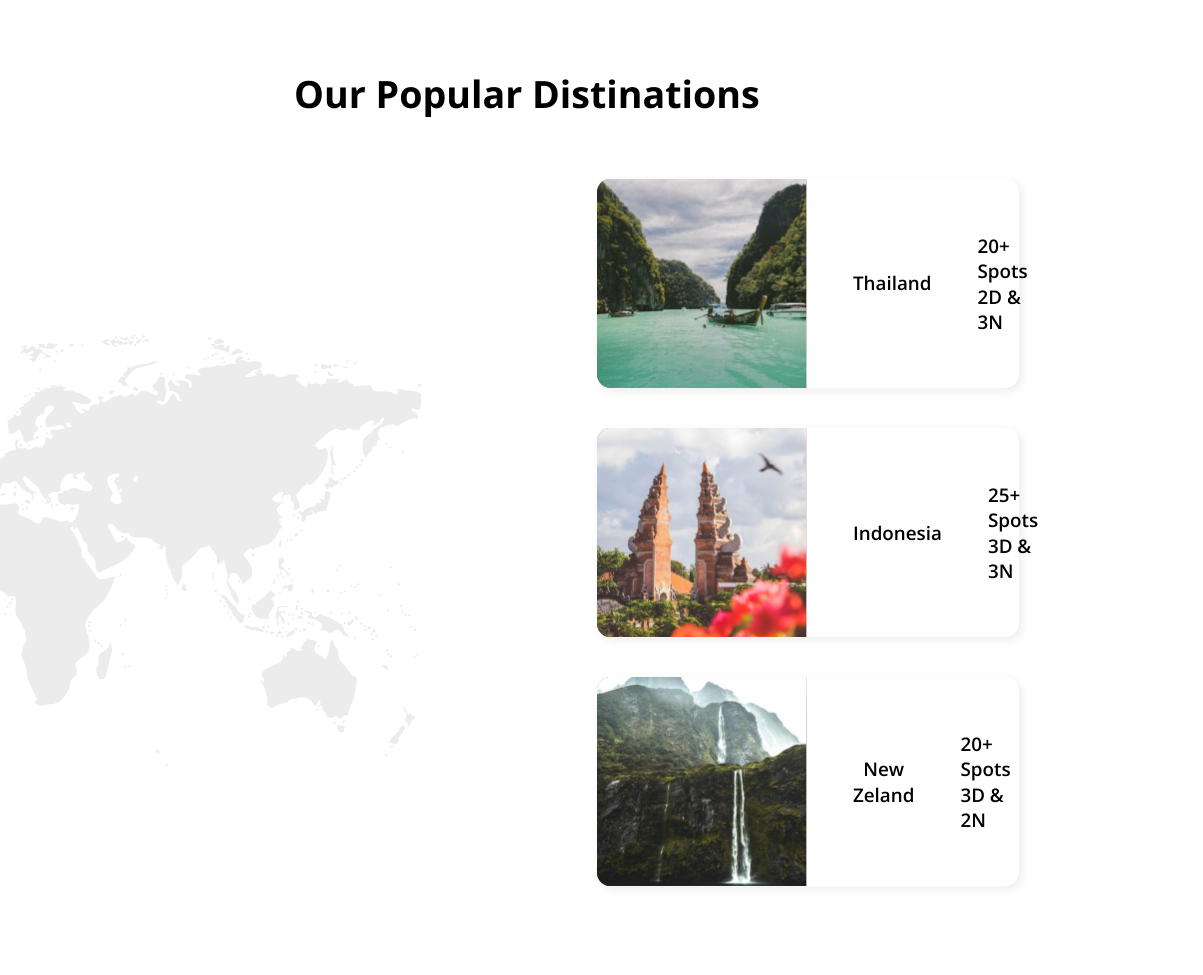
Repository: MehdiKerimov/Figma-Task-16
Page: index.html
The author's editor kept a copy of each file at every save. The page is drawn from the files as they stood at one save, then again after the next save.
The browser window is 1280 px wide. The pictures show the whole page, at 94% of full size.

Above is the page before, as saved 2023-10-10 11:09:33.

After the next save:
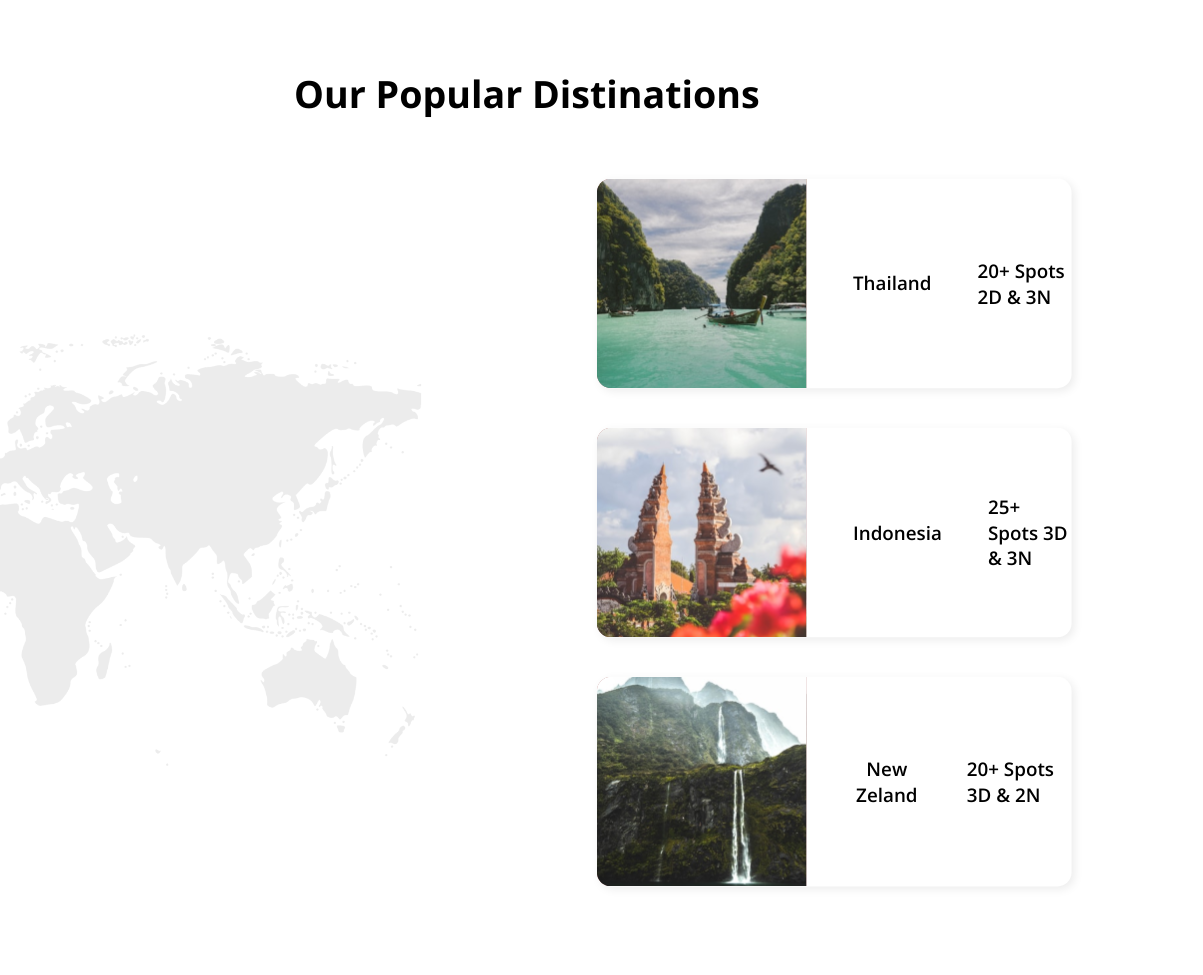
Saved 11 s later.
--- a/index.css
+++ b/index.css
@@ -30,7 +30,7 @@
 width: 100%;
 }
 ul{
-    width: 40%;
+    width: 45%;
 }
 .container .box ul li {
   margin-bottom: 42px;
